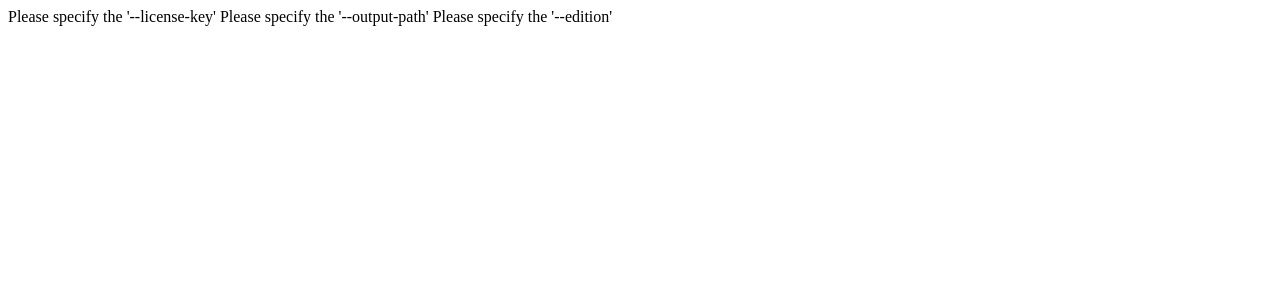
Repository: miguel-fresh/geoip-translation
Page: http://localhost/geoip2-update/download.php
The author's editor kept a copy of each file at every save. The page is drawn from the files as they stood at one save, then again after the next save.
The browser window is 1280 px wide. The pictures show the whole page.
The page is run by PHP 8.4 with error messages shown; the project is at /var/www/html/.

Above is the page before, as saved 2022-03-25 12:54:44.

### geoip2-update/download.php
<?php


function displayUsage()
{
    echo "Usage:\n";
    echo "    $ php download.php OPTIONS\n";
    echo "OPTIONS:\n";
    echo "   --license-key  : MaxMind license key\n";
    echo "   --output-path  : Path to destiny folder\n";
    echo "   --edition      : MaxMind database edition (e.g GeoLite2-City-CSV)\n";
    return;
}

$short_options = '';

$long_options = array(
    'license-key:',
    'output-path:',
    'edition:',
    'help',
);

$options = getopt($short_options, $long_options);

if (isset($options['help'])) return displayUsage();
foreach (['license-key', 'output-path', 'edition'] as $long_option) {
    if (!isset($options[$long_option])) {
        echo "\nPlease specify the '--" . $long_option . "'\n";
    }
}




require 'vendor/autoload.php';
// $client = new \tronovav\GeoIP2Update\Client(array(
//     'license_key' =>
// ))

After the next save:
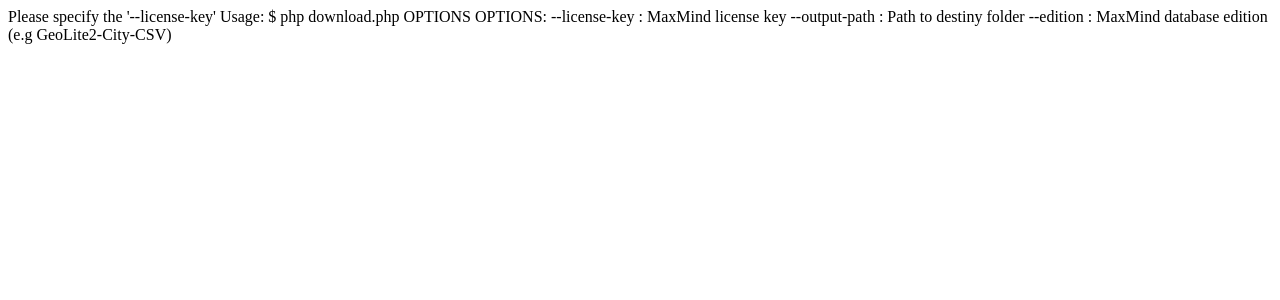
Saved 9 s later.
--- a/geoip2-update/download.php
+++ b/geoip2-update/download.php
@@ -27,6 +27,7 @@
 foreach (['license-key', 'output-path', 'edition'] as $long_option) {
     if (!isset($options[$long_option])) {
         echo "\nPlease specify the '--" . $long_option . "'\n";
+        return displayUsage();
     }
 }
 
